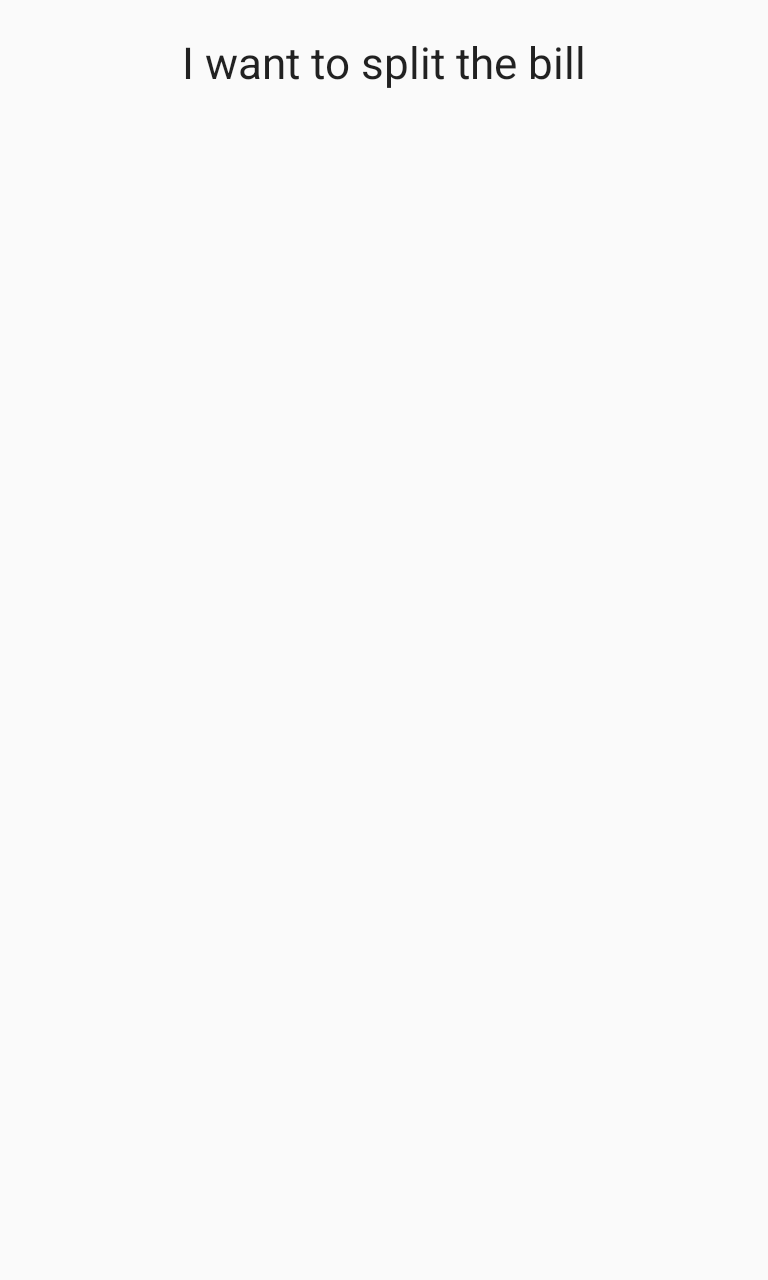
Repository: any027/BillHelper
Layout: BillHelper/res/layout/split_bill.xml
The author's editor kept a copy of each file at every save. The layout is drawn from the files as they stood at one save, then again after a run of saves.
It is drawn on a 768 x 1280 px phone screen (xhdpi) without system bars, with theme AppTheme; the app's code is not run. Lists and similar views that code fills are empty.

Above is the layout before, as saved 2015-07-04 00:02:34.

### BillHelper/res/layout/split_bill.xml
<RelativeLayout xmlns:android="http://schemas.android.com/apk/res/android"
    xmlns:tools="http://schemas.android.com/tools"
    android:layout_width="match_parent"
    android:layout_height="match_parent"
    android:paddingBottom="@dimen/activity_vertical_margin"
    android:paddingLeft="@dimen/activity_horizontal_margin"
    android:paddingRight="@dimen/activity_horizontal_margin"
    android:paddingTop="@dimen/activity_vertical_margin"
    tools:context="com.example.billhelper.MainActivity$PlaceholderFragment" >

    <TextView
        android:id="@+id/section_label"
        android:layout_width="wrap_content"
        android:layout_height="wrap_content" />

    <TextView
        android:id="@+id/textView1"
        android:layout_width="wrap_content"
        android:layout_height="wrap_content"
        android:layout_centerHorizontal="true"
        android:text="@string/splitting"
        android:textAppearance="?android:attr/textAppearanceLarge" />

</RelativeLayout>

### BillHelper/res/values/strings.xml
<?xml version="1.0" encoding="utf-8"?>
<resources>

    <string name="app_name">Bill helper</string>
    <string name="title_section1">Home Screen</string>
    <string name="title_section2">How much do I tip?</string>
    <string name="title_section3">How much did I tip?</string>
    <string name="title_section4">I want to split the Bill</string>
    <string name="navigation_drawer_open">Open navigation drawer</string>
    <string name="navigation_drawer_close">Close navigation drawer</string>
    <string name="action_example">Example action</string>
    <string name="action_settings">Settings</string>
    <string name="welcome">Welcome to Bill Helper!</string>
    <string name="welcome_question">What do you need help with?</string>
    <string name="did_i_tip">How much did I tip?</string>
    <string name="do_i_tip">How much is tip?</string>
    <string name="splitting">I want to split the bill</string>
    <string name="bill_total">What was the total?</string>
    <string name="percent_tip">How much do you want to tip?</string>

</resources>

Loaded but not shown: BillHelper/res/values/styles.xml (common file); BillHelper/res/values-v11/styles.xml (common file); BillHelper/res/values-v14/styles.xml (common file); BillHelper/res/values/dimens.xml (common file); BillHelper/res/values-w820dp/dimens.xml (common file)

After the next 2 saves:
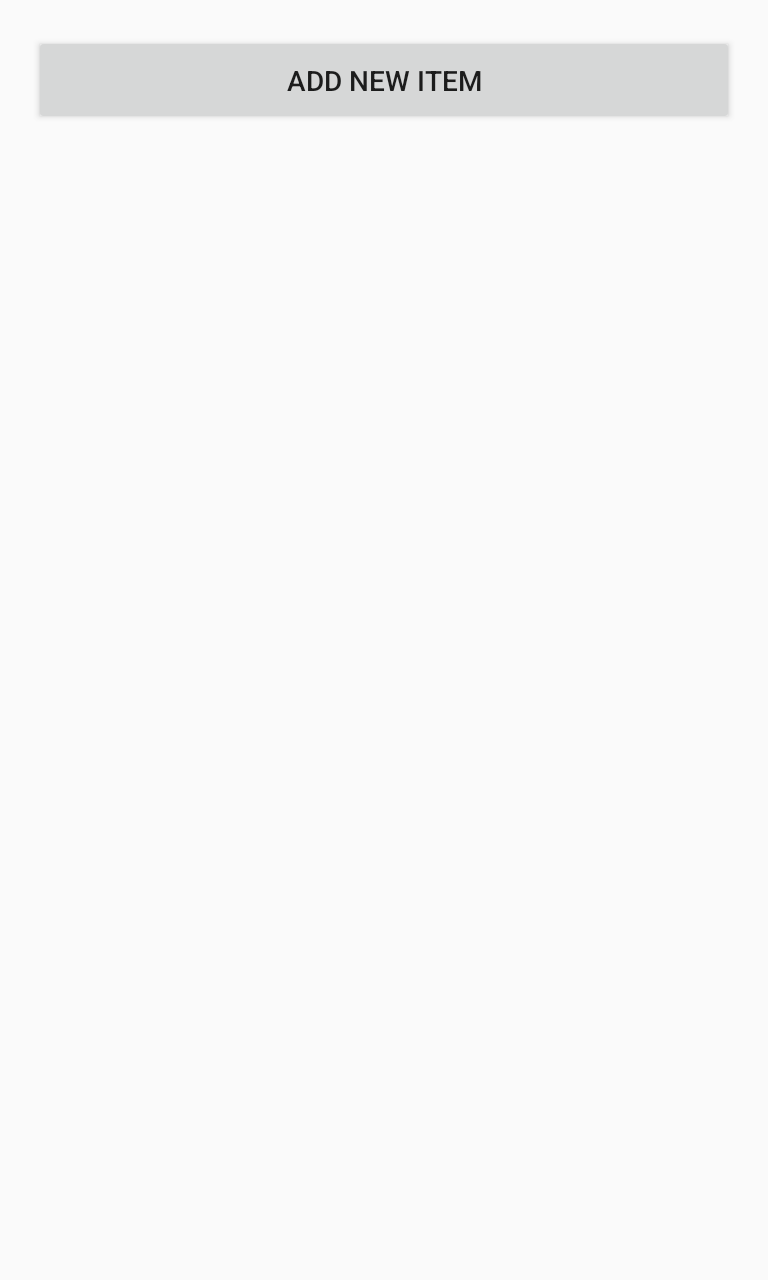
The 2 saves are shown as one change because 1 did not build or start.
The last was saved 22 min 47 s later.
--- a/BillHelper/res/layout/split_bill.xml
+++ b/BillHelper/res/layout/split_bill.xml
@@ -20,5 +20,16 @@
         android:layout_centerHorizontal="true"
         android:text="@string/splitting"
         android:textAppearance="?android:attr/textAppearanceLarge" />
+    <Button
+        android:id="@+id/addBtn"
+        android:text="Add New Item"
+        android:layout_width="fill_parent"
+        android:layout_height="wrap_content"
+        android:onClick="addItems"/>
+    <ListView
+        android:id="@android:id/list"
+        android:layout_width="fill_parent"
+        android:layout_height="fill_parent"
+        android:drawSelectorOnTop="false" />
 
 </RelativeLayout>
